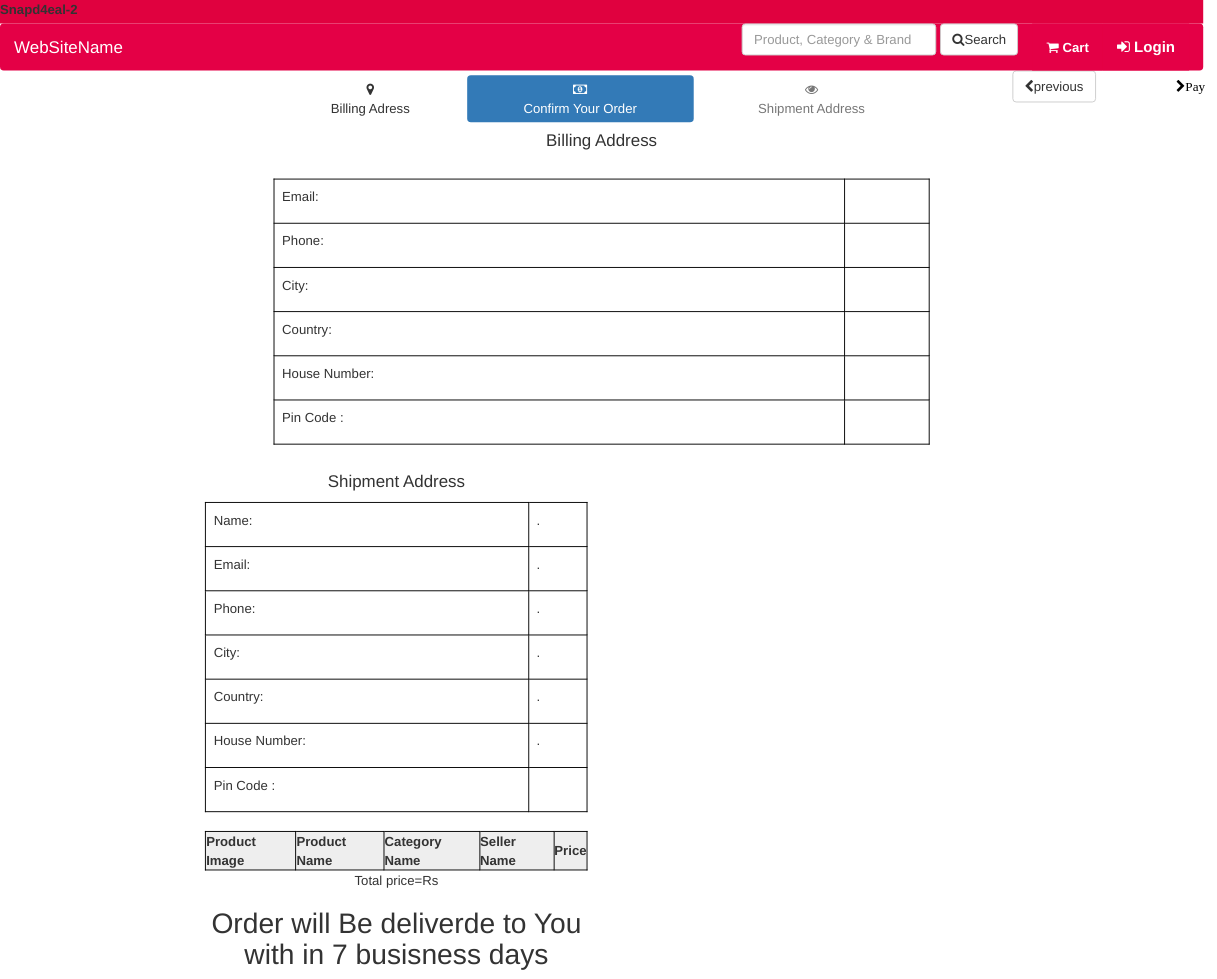
Repository: Aryans26/project
Page: http://localhost/frontend/WEB-INF/views/orderconfirm.jsp
These files come from the project's save history. The page is drawn as it stood at one moment and after the next save; the edit follows.
The browser window is 1280 px wide. The page is 1295 px wide, so the pictures cover 1295 px, including what lies to the right of the window. The pictures show the whole page, at 94% of full size.
Some web libraries are served in a nearby version. The page is served by Tomcat 9. Nobody is signed in. Other server files are loaded and not shown. The template is opened directly, without the code that normally fills it, so the values that code supplies are empty.

Above is the page before, as saved 2017-06-21 07:18:26.

### frontend/src/main/webapp/WEB-INF/views/orderconfirm.jsp
<%@ taglib prefix="c" uri="http://www.springframework.org/tags"%>
<%@ taglib prefix="form" uri="http://www.springframework.org/tags/form"%>
<!doctype html>
<html>
<head>
<c:url value="/resource" var="res" />

<!-- <link rel="stylesheet" ref="https://maxcdn.bootstrapcdn.com/bootstrap/3.3.7/css/bootstrap.min.css"> -->
<script
	src="https://ajax.googleapis.com/ajax/libs/jquery/3.2.1/jquery.min.js"></script>
<script
	src="https://maxcdn.bootstrapcdn.com/bootstrap/3.3.7/js/bootstrap.min.js"></script>
<link rel="stylesheet" href="${res}/css/bootstrap.min.css" />
<link rel="stylesheet" href="${res}/css/style.css" />
<link rel="stylesheet" href="${res}/css/font-awesome/css/font-awesome.min.css" />

</head>
<body>
	<%@include file="navbar.jsp"%>

<div class="Container">
</div>



            <div class="row">
            <div class="span15">

                <div class="col-lg-8 col-lg-offset-2">
<center>
                <div class="row">
                    <div class="col-md-1"></div>
                    <div class="col-md-10 clearfix" id="checkout">

<!--                         <div class="box"> -->
                            <form method="post" action="shop-checkout4.html">
                                <ul class="nav nav-pills nav-justified">
                                    <li><a href="<c:url value="/previous"/>"></a><i class="fa fa-map-marker"></i><br>Billing Adress</a></li>
                                    <li class="active"><a href="<c:url value="/pay"/>"><i class="fa fa-money"></i><br>Confirm Your Order</a></li>
                                    <li class="disabled"><a href="<c:url value="/orderconfirmation"/>"><i class="fa fa-eye"></i><br>Shipment Address</a></li>
                                </ul>

<!--                                 <div class="container"> -->
<!--                                    <div class="row"> -->

<!--                                             <div class="box payment-method"> -->
											<center>
                                                <h4>Billing Address</h4>
                                                <table class="table" style="border: 1px solid black; border-collapse: collapse;">

		                                     <tr style="border: 1px solid black; border-collapse: collapse;"><td style="border: 1px solid black; border-collapse: collapse;">   <p>Email: </p></td>
		                                     <td style="border: 1px solid black; border-collapse: collapse;">   <p>${billing.getEmail() } </p></td></tr>
                                             <tr style="border: 1px solid black; border-collapse: collapse;padding: 15px">  <td style="border: 1px solid black; border-collapse: collapse;"> <p>Phone: </p></td>
                                             <td style="border: 1px solid black; border-collapse: collapse;"> <p>${billing.getPhone()} </p></td></tr>
                                              <tr style="border: 1px solid black; border-collapse: collapse;"> <td style="border: 1px solid black; border-collapse: collapse;"> <p>City: </p></td>
                                              <td style="border: 1px solid black; border-collapse: collapse;"> <p>${billing.getCity()} </p></td></tr>
                                                <tr style="border: 1px solid black; border-collapse: collapse;"><td style="border: 1px solid black; border-collapse: collapse;"><p>Country: </p></td>
                                                <td style="border: 1px solid black; border-collapse: collapse;"><p>${billing.getCountry()} </p></td></tr>
                                               <tr style="border: 1px solid black; border-collapse: collapse;"><td style="border: 1px solid black; border-collapse: collapse;"> <p>House Number: </p></td>
                                               <td style="border: 1px solid black; border-collapse: collapse;"> <p>${billing.getHouse_no()} </p></td></tr>
                                                <tr style="border: 1px solid black; border-collapse: collapse;"><td style="border: 1px solid black; border-collapse: collapse;"><p>Pin Code :</p></td>
                                                <td style="border: 1px solid black; border-collapse: collapse;"><p>${billing.getPincode()}</p></td></tr>
                                                 <br></center>
                                           </table>
                                        </div>
                                        <div class="col-sm-6">
<!--                                             <div class="box payment-method"> -->
											<center>
                                                <h4>Shipment Address</h4>
                                               <table class="table" style="border: 1px solid black; border-collapse: collapse;">
                                               <tr style="border: 1px solid black; border-collapse: collapse;"><td style="border: 1px solid black; border-collapse: collapse;">Name:</td> <td style="border: 1px solid black; border-collapse: collapse;"><p>${shippingAddress.getShip_name()}  .</p></td></tr>
                                                <tr style="border: 1px solid black; border-collapse: collapse;"><td style="border: 1px solid black; border-collapse: collapse;"><p>Email:</td><td style="border: 1px solid black; border-collapse: collapse;">${shippingAddress.getShip_email()} .</p></td></tr>
                                               <tr style="border: 1px solid black; border-collapse: collapse;"><td style="border: 1px solid black; border-collapse: collapse;"> <p>Phone:</td><td style="border: 1px solid black; border-collapse: collapse;">${shippingAddress.getShip_mono()} .</p></td></tr>
                                                <tr style="border: 1px solid black; border-collapse: collapse;"><td style="border: 1px solid black; border-collapse: collapse;"><p>City:</td><td style="border: 1px solid black; border-collapse: collapse;">${shippingAddress.getShip_city()} .</p></td></tr>
                                               <tr style="border: 1px solid black; border-collapse: collapse;"><td style="border: 1px solid black; border-collapse: collapse;"> <p>Country:</td><td style="border: 1px solid black; border-collapse: collapse;">${shippingAddress.getShip_country()} .</p></td></tr>
                                               <tr style="border: 1px solid black; border-collapse: collapse;"><td style="border: 1px solid black; border-collapse: collapse;"> <p>House Number:</td><td style="border: 1px solid black; border-collapse: collapse;">${shippingAddress.getShip_houseno()} .</p></td></tr>
                                                <tr style="border: 1px solid black; border-collapse: collapse;"><td style="border: 1px solid black; border-collapse: collapse;"><p>Pin Code :</td><td style="border: 1px solid black; border-collapse: collapse;">${shippingAddress.getShip_pincode()}</p></td></tr>


                                            </div>
                                        </div>
</center>

                                        </div>
                                    </div>

                                    <!-- /.row -->
									<div class="content">
									<div class="row">
									<div class="col-lg-8 col-lg-offset-2">
									<table style="border: 1px solid black" >
    <thead style="border: 1px solid black">
      <tr style="background-color: #eee">
      <th style="border: 1px solid black">Product Image</th>
        <th style="border: 1px solid black">Product Name</th>
<!--         <th>Description</th> -->
        <th style="border: 1px solid black">Category Name</th>
        <th style="border: 1px solid black">Seller Name</th>
        <th style="border: 1px solid black">Price</th>
      </tr>
    </thead>
    <tbody>

    <c1:if test="${prot!=null}">
      <tr>
        <td style="border: 1px solid black"><img src="<c:url value='/resource/images/${prot.getP_id()}.jpg'/>" width=150px height=200px></td>
        <td style="border: 1px solid black">${prot.getP_Name()}</td>
<%--         <td>${product.getDes()}</td> --%>
        <td style="border: 1px solid black">${prot.getCategory().getCat_name()}</td>
        <td style="border: 1px solid black">${prot.getSeller().getName()}</td>
        <td style="border: 1px solid black">${prot.getPrice()}</td>
      </tr>
      </c1:if>
    <c1:if test="${prot==null}">
     <c1:forEach items="${cartItems}" var="c1">
      <tr>
        <td style="border: 1px solid black"><img src=""></td>
        <td style="border: 1px solid black">${c1.getProduct().getP_Name()}</td>
<%--         <td>${c1.getproduct.getDes()}</td> --%>
        <td style="border: 1px solid black">${c1.getProduct().getCategory().getCat_name()}</td>
        <td style="border: 1px solid black">${c1.getProduct().getSeller().getName()}</td>
        <td style="border: 1px solid black">${c1.getProduct().getPrice()}</td>
      </tr>
      </c1:forEach>
      </c1:if>


  </tbody>
 </table>
     <p calss="pull-left">Total price=Rs${prot.getPrice()}</p>
			<h2> Order will Be deliverde to You with in 7 busisness days</h2>
			</div>
									</div>
									</div>
                                <div class="box-footer">
                                         <div class="pull-left">
                                        <a href="<c:url value="/previous"/>" class="btn btn-default"><i class="fa fa-chevron-left"></i>previous</a>
                                        </div>
                                         <div class="pull-right">
                                        <a href="<c:url value="/pay"/>"  class="btn btn-template-main"><i class="fa fa-chevron-right">Pay</i></a>
                                        </button>
                                        </div>
                                     </div>
                                </div>
                                <!-- /.content -->



    </div>





</body>

</html>

### frontend/src/main/webapp/WEB-INF/views/navbar.jsp
<%@ taglib prefix="c" uri="http://www.springframework.org/tags"%>
<%@ taglib prefix="form" uri="http://www.springframework.org/tags/form"%>
<%@ taglib prefix="security" uri="http://www.springframework.org/security/tags" %>
<%@ taglib prefix="c1" uri="http://java.sun.com/jsp/jstl/core"%>
<!DOCTYPE html >
<html>
<head>
<meta http-equiv="Content-Type" content="text/html; charset=ISO-8859-1">
<title>Insert title here</title>
</head>
<body>
	<div class="headder">
		<b>Snapd4eal-2</b>
	</div>

	<nav class="navbar navbar-default" style="color: white;">
		<div class="container-fluid">
			<div class="navbar-header">
				<button type="button" class="navbar-toggle" data-toggle="collapse" data-target="#myNavbar">
					<span class="icon-bar"></span> <span class="icon-bar"></span>
					<span class="icon-bar"></span>
				</button>
				<a class="navbar-brand" href="<c:url value="/"/>"
					style="color: white;">WebSiteName</a>
				<form class="navbar-form navbar-right visible-sm visible-xs">
					<div class="form-group">
						<input type="text" class="form-control"
							placeholder="Product, Category & Brand">
					</div>
					<button type="submit" class="btn btn-default">
						<i class="fa fa-search"></i>Search
					</button>

				</form>
			</div>
			<div class="collapse navbar-collapse" id="myNavbar">
			<c1:if test="${pageContext.request.userPrincipal.name!=null}">
			<security:authorize access="hasRole('ROLE_ADMIN')">
				<ul class="nav navbar-nav">
					<li style="color: white;"><a
						href="<c:url value="/category"/>">Add Category</a></li>
					<li style="color: white;"><a
						href="<c:url value="/addproduct"/>">Add Product</a></li>
					<li style="color: white;"><a
						href="<c:url value="/supplier"/>">Add Supplier</a></li>
<!-- 					<li style="color: white;"><a -->
<%-- 						href="<c:url value="/addcard"/>">Add Card</a></li> --%>

				</ul>
				</security:authorize>
				</c1:if>
				<ul class="nav navbar-nav navbar-right">
					<li><a href="<c:url value="/viewcart"/>"><i class="fa fa-shopping-cart"></i>
							Cart</a></li>

					<li class="dropdown"><a href="#" class="dropbtn"><span
							class="fa fa-sign-in"></span>
							<c1:if test="${pageContext.request.userPrincipal.name==null}"> Login </c1:if>
							 <c1:if test="${pageContext.request.userPrincipal.name!=null}">  Logout</c1:if></a>

						<div class="dropdown-content">
							<a href="#">your account</a>
							<a href="#">your orders</a>
							<c1:if test="${pageContext.request.userPrincipal.name==null}">

							<a href="<c:url value="/users"/>" class="hvr-reg-bordertop" > new user ?<br>
							<b>register</b></a>
<%-- <a href="<c:url value="/login"/>"><button type="button" class="btn btn-danger" style="width: 90%; margin: 10px;">Login</button></a> --%>
							<button type="button" class="btn btn-danger" data-toggle="modal"
								data-target="#myModal" style="width: 90%; margin: 10px;">Login</button>
								</c1:if>

								<c1:if test="${pageContext.request.userPrincipal.name!=null}">
					<a href="<c:url value="/j_spring_security_logout"/>"><button type="button" class="btn btn-danger" >Logout</button></a>
								</c1:if>
						</div></li>

				</ul>
				<form class="navbar-form navbar-right hidden-sm hidden-xs">
					<div class="form-group">
						<input type="text" class="form-control"
							placeholder="Product, Category & Brand">
					</div>
					<button type="submit" class="btn btn-default">
						<i class="fa fa-search"></i>Search
					</button>

				</form>

			</div>
		</div>
	</nav>


	<!-- Modal -->
	<div class="modal fade" id="myModal" role="dialog">
		<div class="modal-dialog modal-lg">
			<div class="modal-content">
				<div class="modal-header">
					<button type="button" class="close" data-dismiss="modal">&times;</button>
					<h4 class="modal-title">Login</h4>
				</div>
				<div class="modal-body">
				<c1:url value="/j_spring_security_check" var="a"/>
					<form role="form" method="post" action="${a} ">
						<div class="form-group">
				<label for="email">Email address:</label>
				<input type="email" class="form-control" id="email" name="j_username" placeholder="Email Id">
						</div>
						<div class="form-group">
				<label for="pwd">Password:</label>
				 <input type="password" class="form-control" id="pwd" name="j_password" placeholder="Password">
						</div>
						<div class="checkbox">
							<label><input type="checkbox"> Remember me</label>
						</div>
						<a class="cursor" data-dismiss="modal" data-toggle="modal"
							data-target="#myModal1">new User ? <b>register</b></a>
						<button type="submit" class="btn btn-success">Submit</button>
					</form>
				</div>
				<div class="modal-footer">
					<button type="button" class="btn btn-default" data-dismiss="modal">Close</button>
				</div>
			</div>
		</div>
	</div>

</body>
</html>

### frontend/src/main/webapp/resource/css/style.css
@charset "utf-8";
/* CSS Document */
.headder {
	min-height: 25px;
	background-color: #E0013F;
}

.navbar-default, .navbar-default li {
	background-color: #e40046;
	color: white;
}

.navbar-default li a {
	color: #FFF;
	font-weight: bold;
}

.navbar-nav li:hover, .navbar-nav li:focus, .navbar-nav li:active {
	background-color: #333;
}

.navbar-nav dropdown:hover {
	background-color: #333;
}

.dropbtn {
	color: white;
	padding: 16px;
	font-size: 16px;
	border: none;
	cursor: pointer;
}

.
.dropdown:hover {
	background-color: #333;
	color: white;
	padding: 16px;
	font-size: 16px;
	border: none;
	cursor: pointer;
}

.dropdown {
	position: relative;
	display: inline-block;
}

.dropdown-content {
	display: none;
	position: absolute;
	background-color: #333;
	min-width: 160px;
	right: 5px;
	box-shadow: 0px 8px 16px 0px rgba(0, 0, 0, 0.2);
	z-index: 1;
}

.dropdown-content a {
	color: black;
	font-size: 14px !important;
	font-weight: normal !important;
	text-align: center;
	padding: 12px 16px;
	text-decoration: none;
	display: block;
}

.dropdown-content a:hover {
	background-color: #000;
}

.dropdown:hover .dropdown-content {
	display: block;
}

.dropdown:hover .dropbtn {
	background-color: #333;
}

.dropdown-content .hvr-reg-bordertop {
	border-top: 1px solid #999;
	padding-top: 20px;
	margin-bottom: 0;
	padding-bottom: 0;
}

.cursor {
	cursor: pointer;
}

.form-fill{
	max-width:500px;
	box-shadow:2px 2px 8px  grey;
	padding:30px 20px;
	margin:10px auto;
	border-radius:10px;
}

.form-list-table{
	border:2px solid grey;
	box-shadow:4px 4px 8px grey;
	border-radius:10px;
}
.head3{
	color:#e40046;
	font-weight:bold;
	text-align:center;
	text-shadow:2px 2px 4px grey;
}

.items-list-head > div{
	Color:red;
	text-align:center;
	font-weight:bolder;
	font-size:20px;
}
.items-list > div{
	border-top:1px solid grey;
	line-height:40px;
	text-align:center;
	font-weight:bold;
}

.box-shadow{
	border-radius:10px;
	box-shadow:2px 2px 8px grey;
}

.list-head{
	font-size:16px;
	font-weight:bold;
	text-shadow:1px 1px 1px grey;
}

Loaded but not shown: frontend/src/main/webapp/resource/css/bootstrap.min.css (library); frontend/src/main/webapp/resource/css/font-awesome/css/font-awesome.min.css (library)

After the next save:
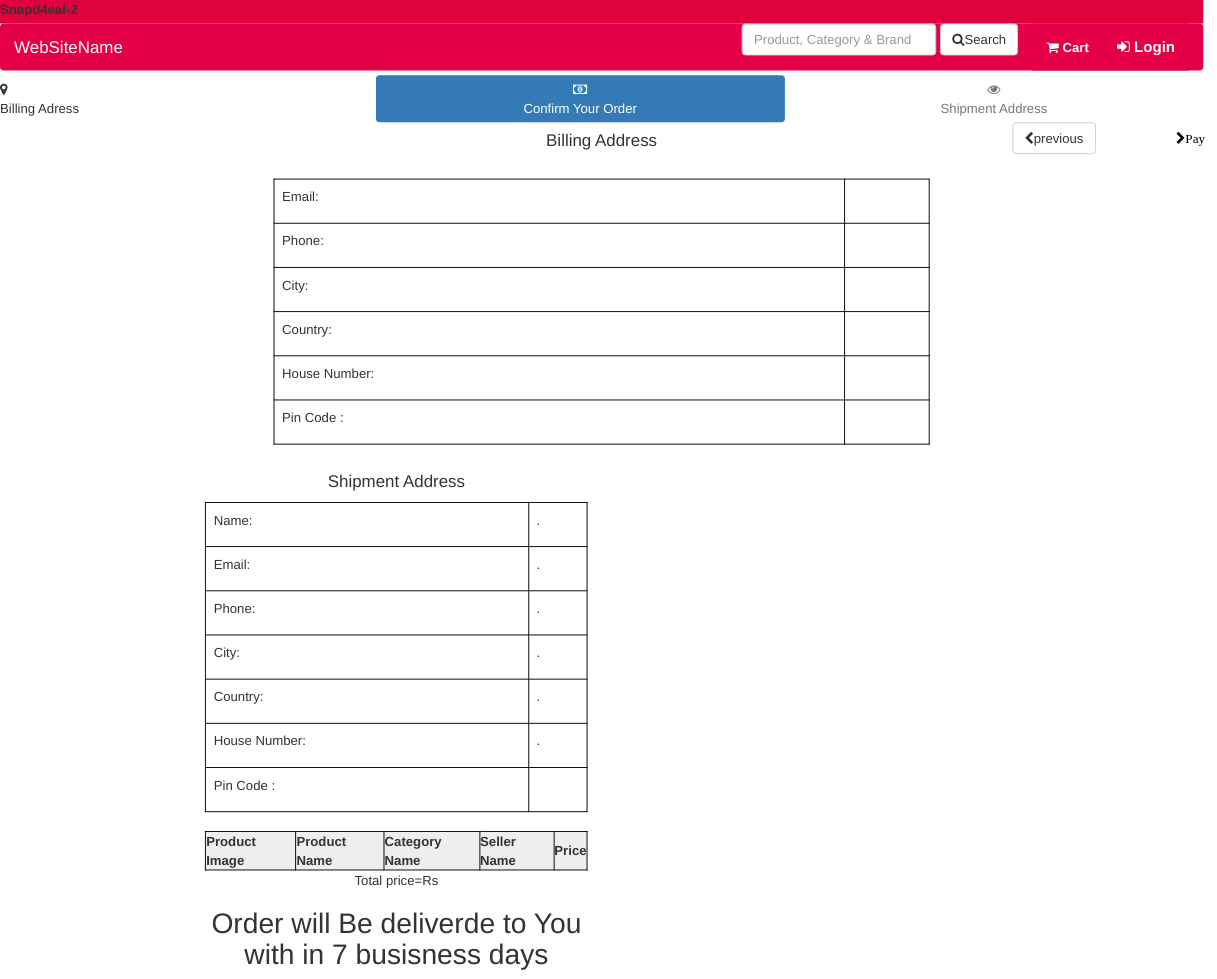
Saved 3 min 17 s later.
--- a/frontend/src/main/webapp/WEB-INF/views/orderconfirm.jsp
+++ b/frontend/src/main/webapp/WEB-INF/views/orderconfirm.jsp
@@ -19,6 +19,13 @@
 	<%@include file="navbar.jsp"%>
 
 <div class="Container">
+       <form method="post" action="shop-checkout4.html">
+                                <ul class="nav nav-pills nav-justified">
+                                    <li><a href="<c:url value="/previous"/>"></a><i class="fa fa-map-marker"></i><br>Billing Adress</a></li>
+                                    <li class="active"><a href="<c:url value="/pay"/>"><i class="fa fa-money"></i><br>Confirm Your Order</a></li>
+                                    <li class="disabled"><a href="<c:url value="/orderconfirmation"/>"><i class="fa fa-eye"></i><br>Shipment Address</a></li>
+                                </ul>
+</form>
 </div>
 
 
@@ -33,12 +40,6 @@
                     <div class="col-md-10 clearfix" id="checkout">
 
 <!--                         <div class="box"> -->
-                            <form method="post" action="shop-checkout4.html">
-                                <ul class="nav nav-pills nav-justified">
-                                    <li><a href="<c:url value="/previous"/>"></a><i class="fa fa-map-marker"></i><br>Billing Adress</a></li>
-                                    <li class="active"><a href="<c:url value="/pay"/>"><i class="fa fa-money"></i><br>Confirm Your Order</a></li>
-                                    <li class="disabled"><a href="<c:url value="/orderconfirmation"/>"><i class="fa fa-eye"></i><br>Shipment Address</a></li>
-                                </ul>
 
 <!--                                 <div class="container"> -->
 <!--                                    <div class="row"> -->
